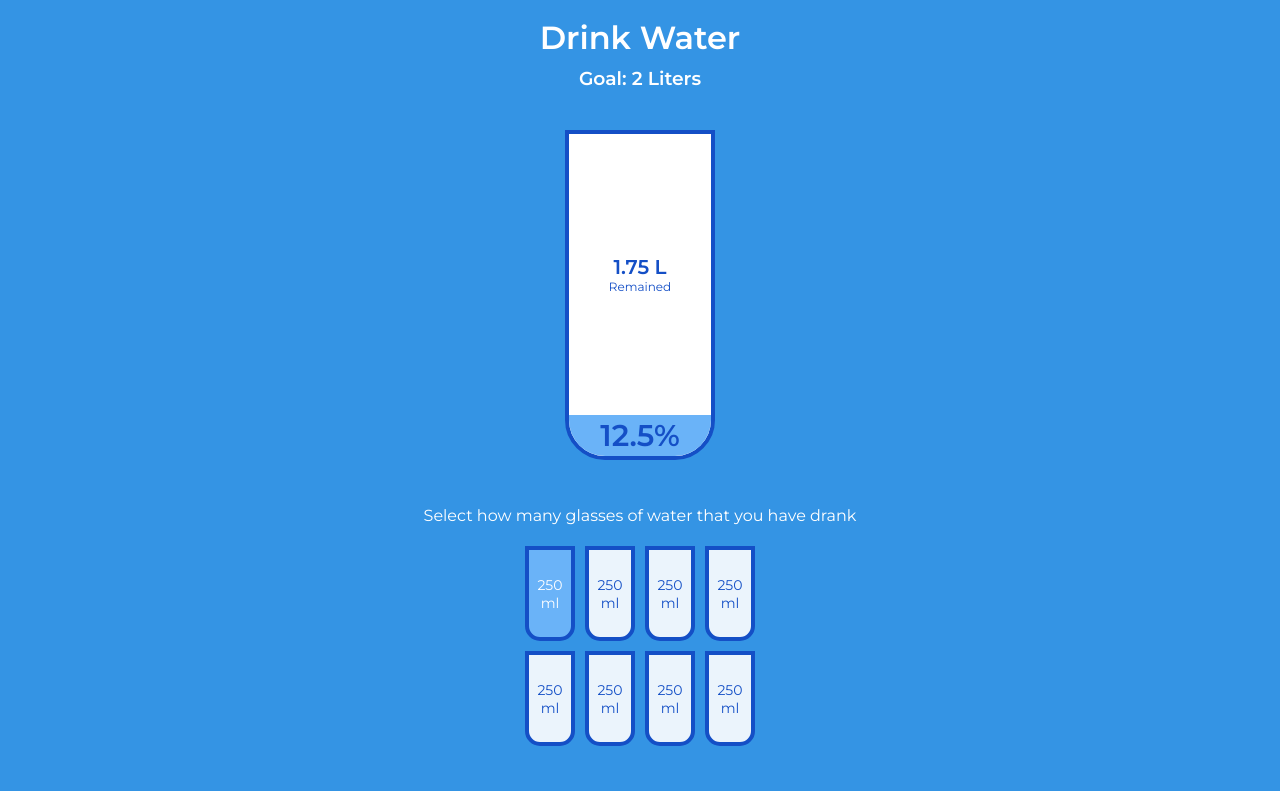
Repository: eagle-tex/50-projects-BT
Page: 16-drink-water/index.html
An editor plug-in stored every save of this project. The page is shown before and after the next save, followed by the edit.
The browser window is 1280 px wide. The pictures show the whole page.
After loading, the first visible `div.cup-small` was clicked once.

Above is the page before, as saved 2021-01-12 21:37:33.

After the next save:
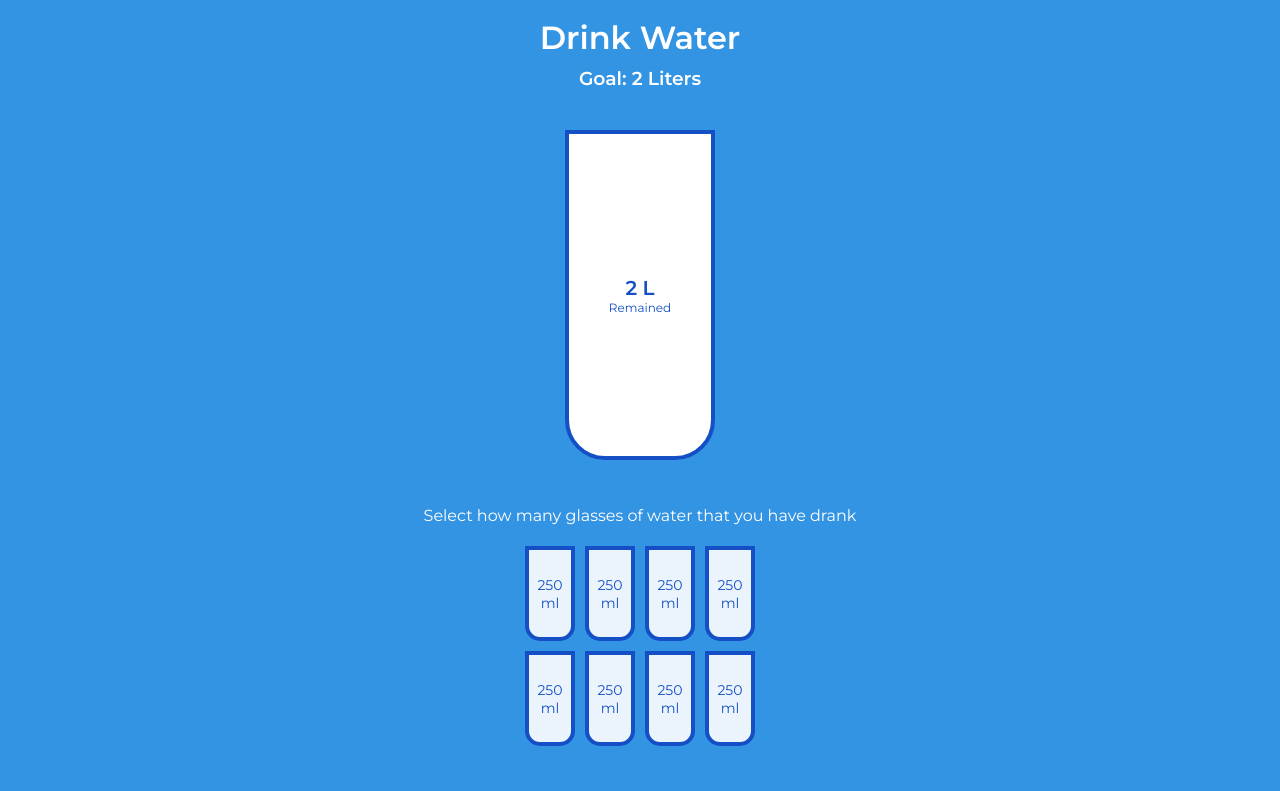
Console error: ReferenceError: index is not defined
Saved 50 min 25 s later.
--- a/16-drink-water/script.js
+++ b/16-drink-water/script.js
@@ -28,27 +28,25 @@
 updateBigCup();
 
 function highlightCups(idx) {
-  // if (
-  //   smallCups[idx].classList.contains('full') &&
-  //   !smallCups[idx].nextElementSibling.classList.contains('full')
-  // ) {
-
-  const maxIndex = smallCups.length - 1;
-  let index = idx;
-
-  // if ()
   if (
     smallCups[idx].classList.contains('full') &&
-    !smallCups[idx < maxIndex ? idx + 1 : idx].classList.contains('full')
+    !smallCups[idx].nextElementSibling.classList.contains('full')
   ) {
+    // const maxIndex = smallCups.length - 1;
+    // let index = idx;
+
+    // if (
+    //   smallCups[idx].classList.contains('full') &&
+    //   !smallCups[idx < maxIndex ? idx + 1 : idx].classList.contains('full')
+    // ) {
     // eslint-disable-next-line no-param-reassign
-    // idx -= 1;
+    idx -= 1;
     // not sure
     // if (idx < maxIndex) idx -= 1;
     // else idx = maxIndex;
-    index = idx - 1;
+    // index = idx - 1;
   }
-  console.log('idx', idx, 'index', index);
+  // console.log('idx', idx, 'index', index);
 
   smallCups.forEach((cup, idx2) => {
     if (idx2 <= index) {

After the save that followed:
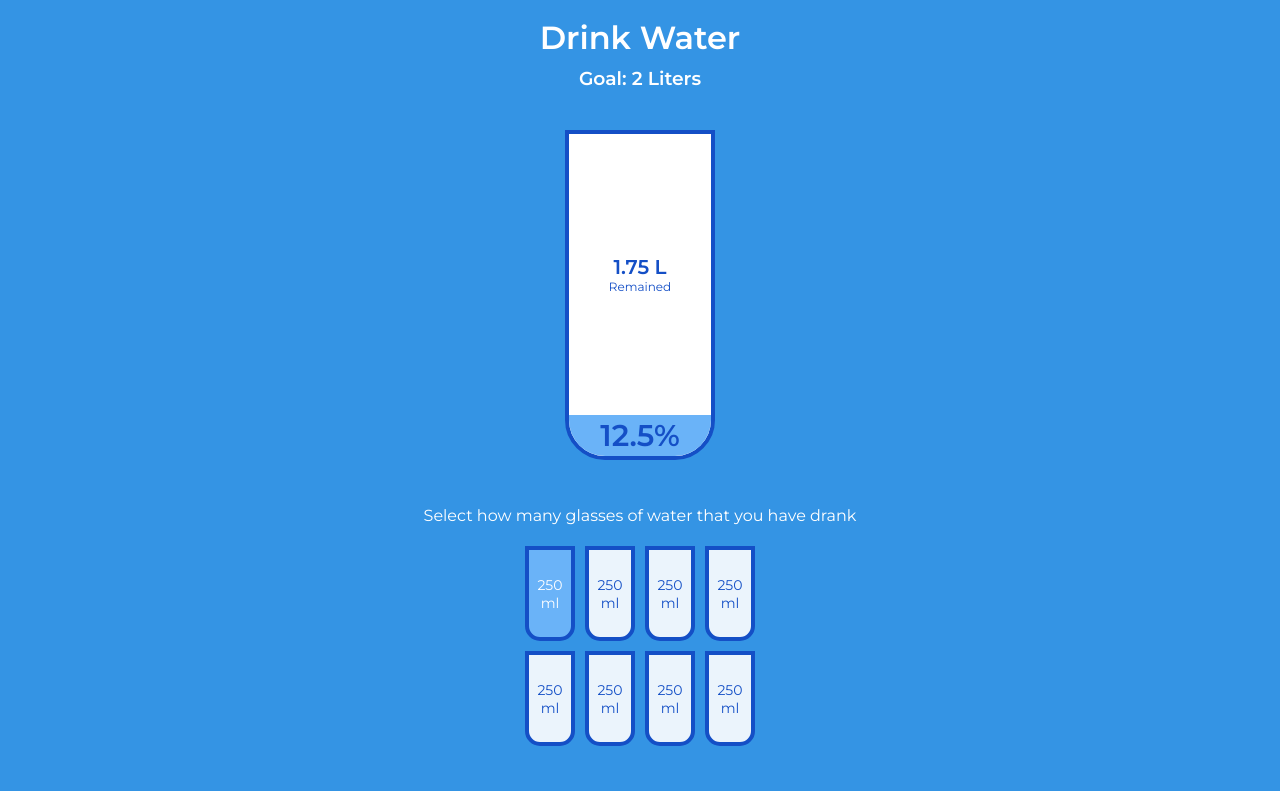
The error is gone.
Saved 45 s later.
--- a/16-drink-water/script.js
+++ b/16-drink-water/script.js
@@ -49,7 +49,7 @@
   // console.log('idx', idx, 'index', index);
 
   smallCups.forEach((cup, idx2) => {
-    if (idx2 <= index) {
+    if (idx2 <= idx) {
       cup.classList.add('full');
       // } else if (idx2 === index) {
       // cup.classList.toggle('full');
